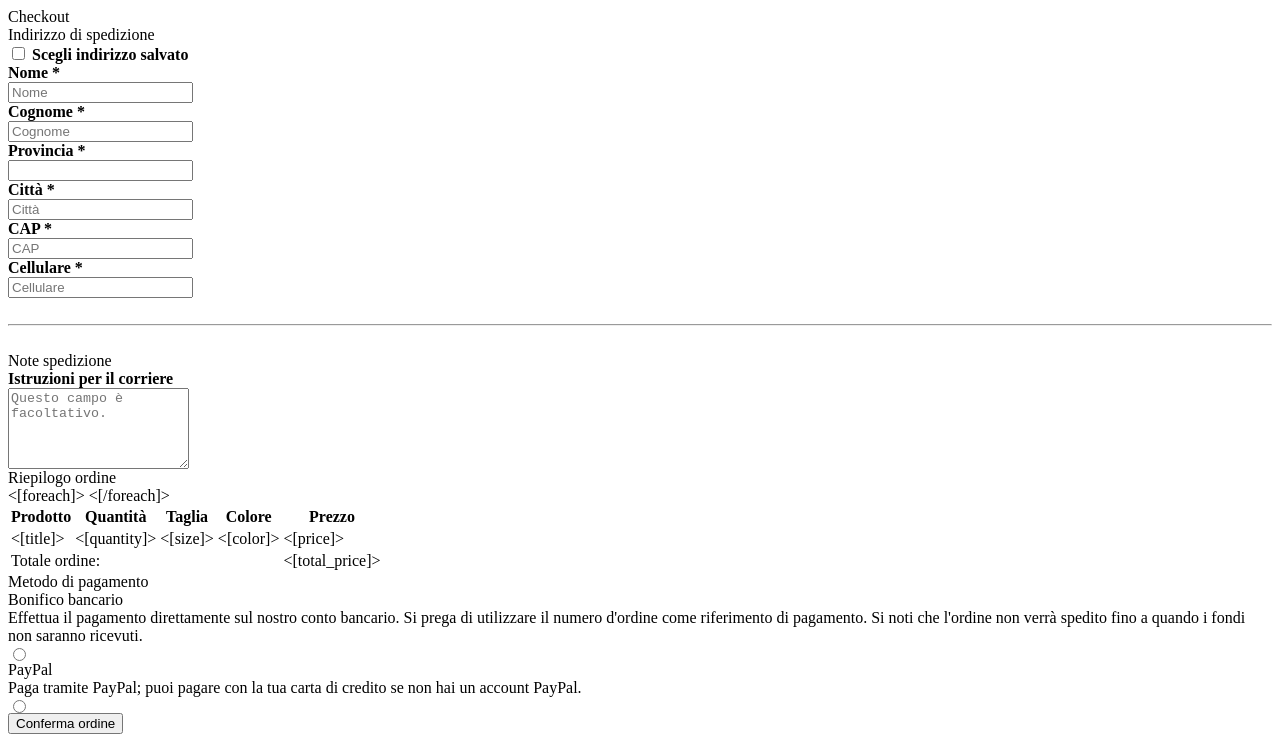
Repository: i4c0ni99/MotorShop
Page: skins/motor-html-package/motor/checkout.html
An editor plug-in stored every save of this project. The page is shown before and after a run of saves, followed by the edit.
The browser window is 1280 px wide. The pictures show the whole page.

Above is the page before, as saved 2024-10-21 18:22:10.

After the next 4 saves:
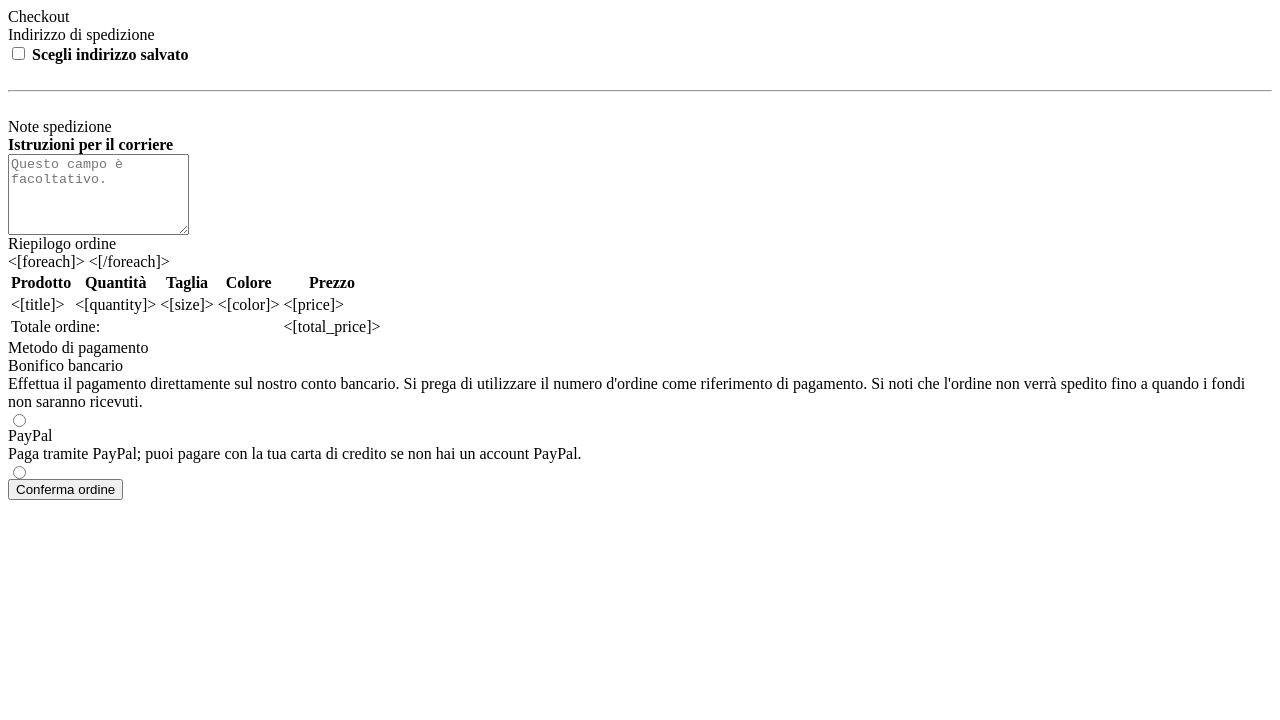
The 4 saves are shown as one change because they came seconds apart.
The last was saved 15 h 11 min later.
--- a/skins/motor-html-package/motor/checkout.html
+++ b/skins/motor-html-package/motor/checkout.html
@@ -8,6 +8,7 @@
   </div>
 </section>
 <!-- .main-banner-->
+
 <section class="mv-main-body checkout-main mv-bg-gray mv-wrap">
   <div class="container">
     <form method="post" action="checkout.php">
@@ -21,7 +22,6 @@
                     <div class="text-main">Indirizzo di spedizione</div>
                   </div>
                 </div>
-                <!-- .form-header-->
                 <div class="form-body">
                   <div class="mv-form-group">
                     <label class="mv-checkbox mv-checkbox-style-1">
@@ -29,6 +29,9 @@
                       <span class="icon-checked fa fa-check"></span></span><span class="checkbox-text"><strong>Scegli indirizzo salvato</strong></span></span>
                     </label>
                   </div>
+
+                  <div id="saved-addresses-table" style="display: none;">
+
                   <!-- Tabella indirizzi salvati -->
                   <div id="saved-addresses-table" style="display: none;">
                     <br>

After the save that followed:
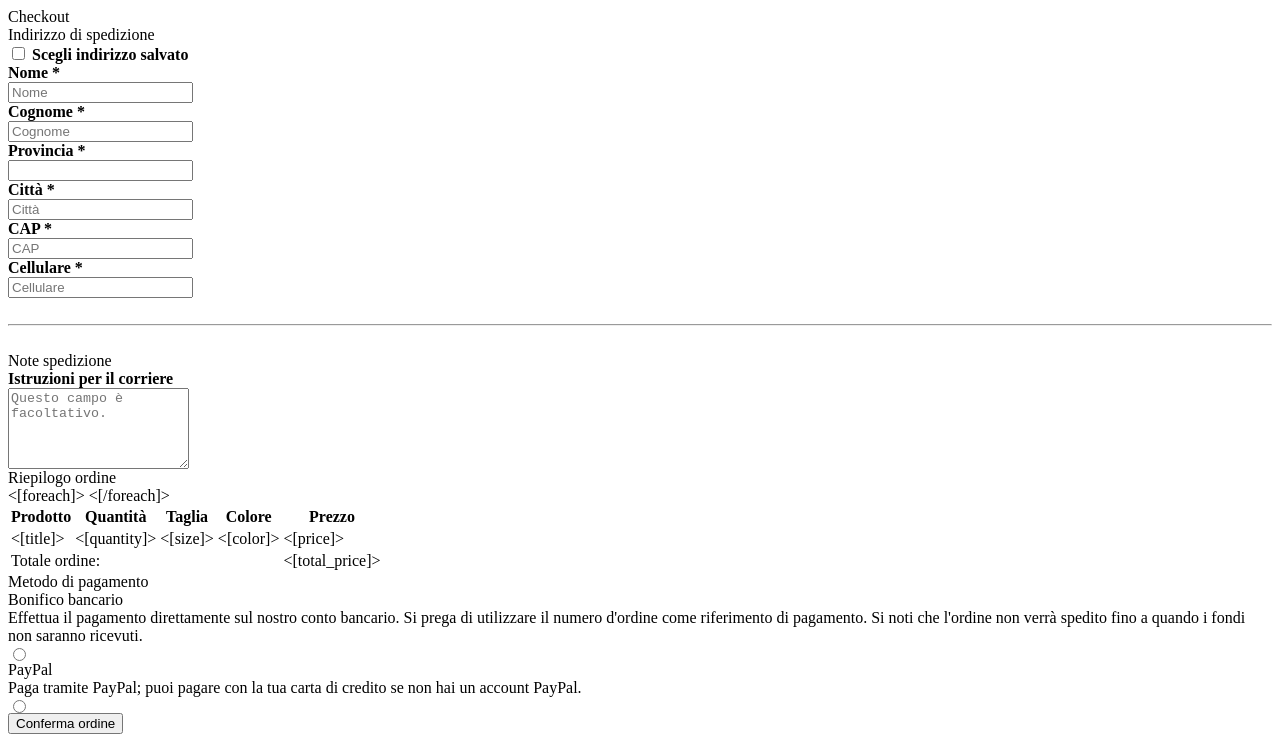
Saved 5 s later.
--- a/skins/motor-html-package/motor/checkout.html
+++ b/skins/motor-html-package/motor/checkout.html
@@ -29,8 +29,6 @@
                       <span class="icon-checked fa fa-check"></span></span><span class="checkbox-text"><strong>Scegli indirizzo salvato</strong></span></span>
                     </label>
                   </div>
-
-                  <div id="saved-addresses-table" style="display: none;">
 
                   <!-- Tabella indirizzi salvati -->
                   <div id="saved-addresses-table" style="display: none;">
